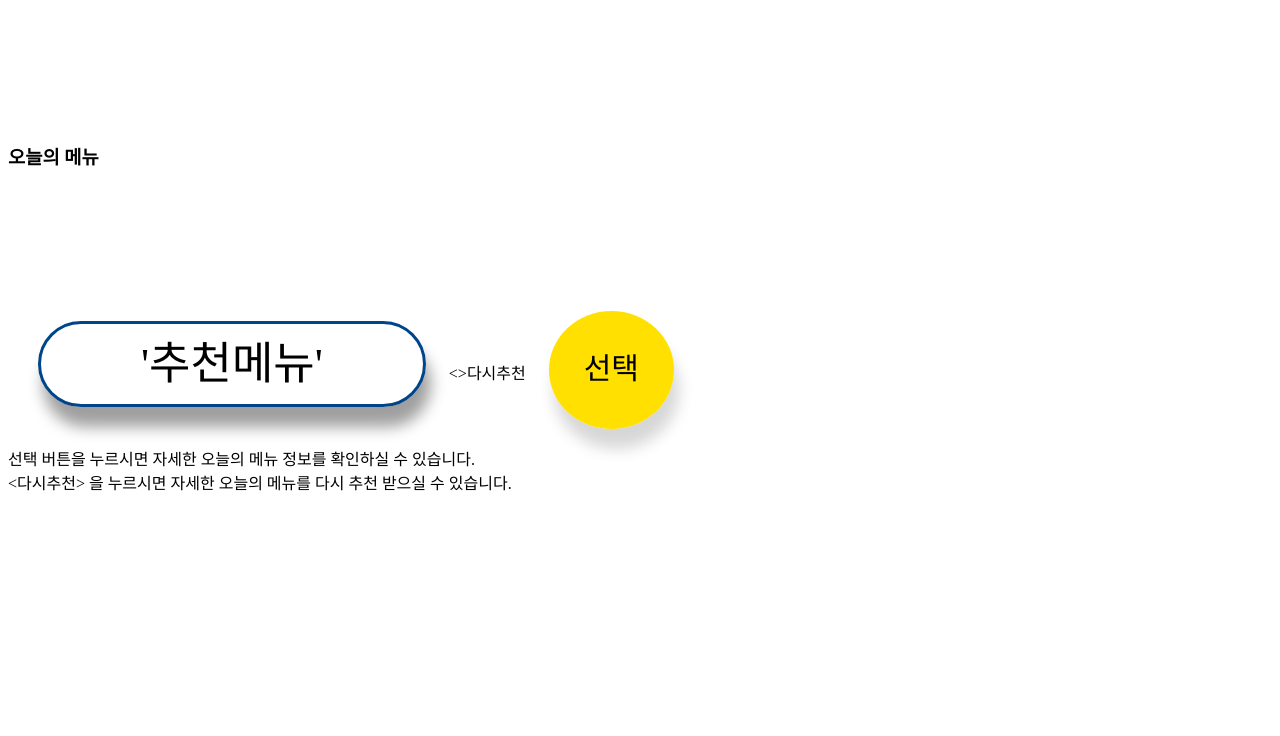
Repository: hkh00700/JustDoEat_Web
Page: http://localhost/justdoeat/WEB-INF/views/home.jsp
An editor plug-in stored every save of this project. The page is shown before and after the next save, followed by the edit.
The browser window is 1280 px wide. The pictures show the whole page.
The page is served by Tomcat 9. Nobody is signed in. The template is opened directly, without the code that normally fills it, so the values that code supplies are empty.

Above is the page before, as saved 2021-05-18 02:49:59.

After the next save:
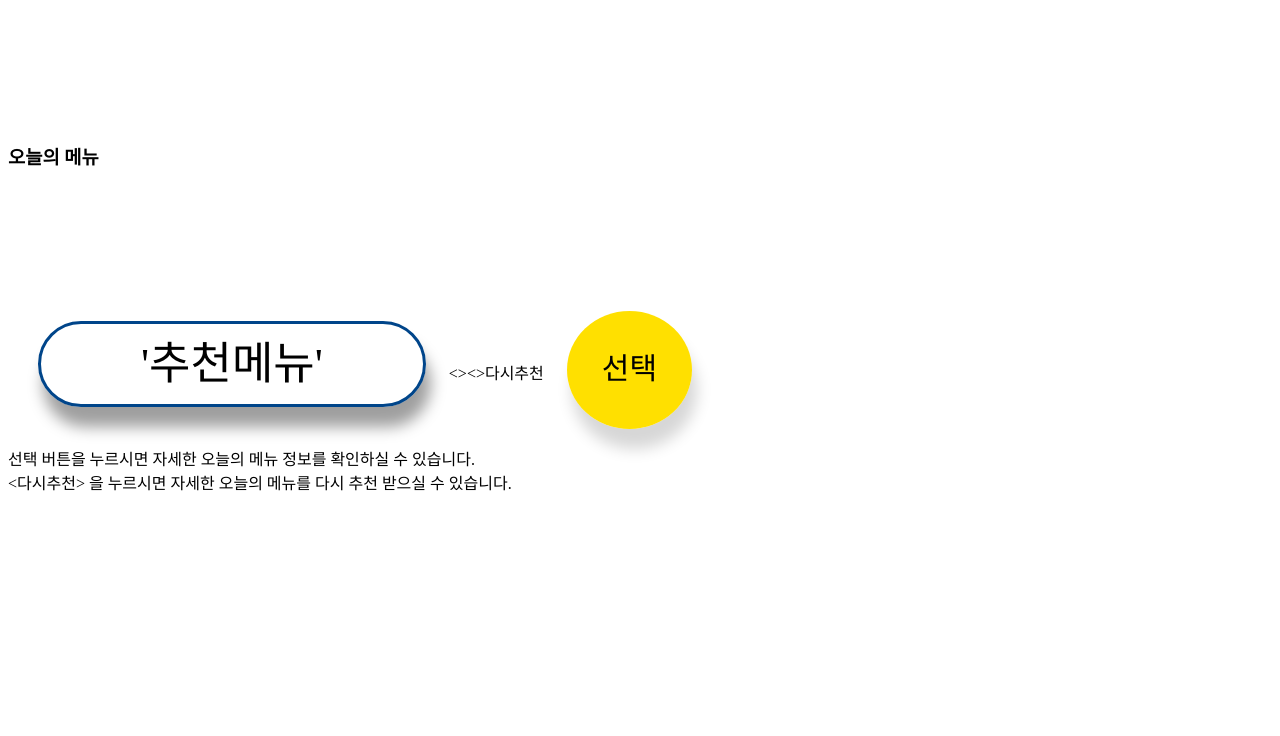
Saved 12 s later.
--- a/justdoeat/src/main/webapp/WEB-INF/views/home.jsp
+++ b/justdoeat/src/main/webapp/WEB-INF/views/home.jsp
@@ -40,7 +40,7 @@
 <body>
 	<div class="content">
 		<h3>오늘의 메뉴</h3>
-		<a>'추천메뉴'</a><a class='resel'><>다시추천</a><a class='select'>선택</a>
+		<a>'추천메뉴'</a><><>다시추천</a><a class='select'>선택</a>
 		<br/><br/><br/><br/>
 		선택 버튼을 누르시면 자세한 오늘의 메뉴 정보를 확인하실 수 있습니다.<br/>
 		<다시추천> 을 누르시면 자세한 오늘의 메뉴를 다시 추천 받으실 수 있습니다.
